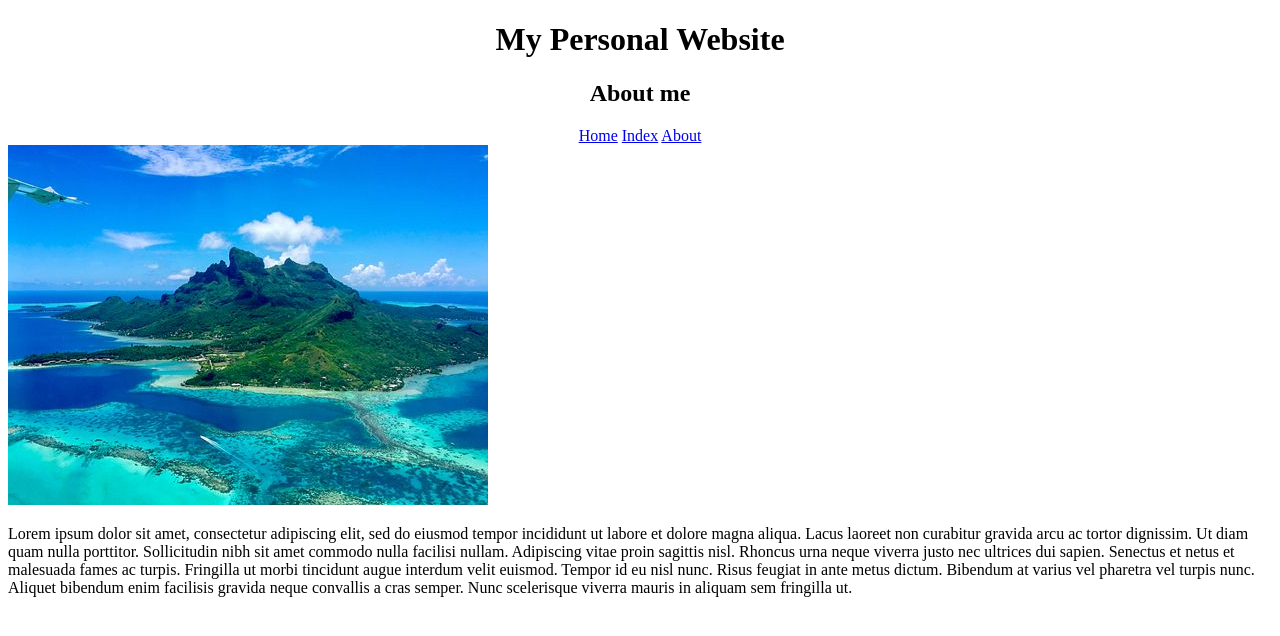
Repository: Melinda-Nanjad-Personal-Website/Personal-web
Page: about.html
An editor plug-in stored every save of this project. The page is shown before and after the next save, followed by the edit.
The browser window is 1280 px wide. The pictures show the whole page.

Above is the page before, as saved 2023-07-21 17:12:24.

### about.html
<!DOCTYPE html>
<html lang="en">
<head>
    <meta charset="UTF-8">
    <meta name="viewport" content="width=device-width, initial-scale=1.0">
    <title>Personal Website</title>
</head>
<header>
    <center>
        <h1>My Personal Website</h1>
        <h2>About me</h2>
    </center>
</header> <center>
<nav>
    <a class="active" href="/home.html">Home</a>
    <a class="active" href="/Index.html">Index</a>
    <a class="active" href="/about.html">About</a>

        </nav> </center>
<body>

 <img src="island.jpeg" href="photo of island"
 <br>

    <P>Lorem ipsum dolor sit amet, consectetur adipiscing elit, sed do eiusmod tempor incididunt ut labore et dolore magna aliqua. Lacus laoreet non curabitur gravida arcu ac tortor dignissim. Ut diam quam nulla porttitor. Sollicitudin nibh sit amet commodo nulla facilisi nullam. Adipiscing vitae proin sagittis nisl. Rhoncus urna neque viverra justo nec ultrices dui sapien. Senectus et netus et malesuada fames ac turpis. Fringilla ut morbi tincidunt augue interdum velit euismod. Tempor id eu nisl nunc. Risus feugiat in ante metus dictum. Bibendum at varius vel pharetra vel turpis nunc. Aliquet bibendum enim facilisis gravida neque convallis a cras semper. Nunc scelerisque viverra mauris in aliquam sem fringilla ut.</P>
</body>
</html>

After the next save:
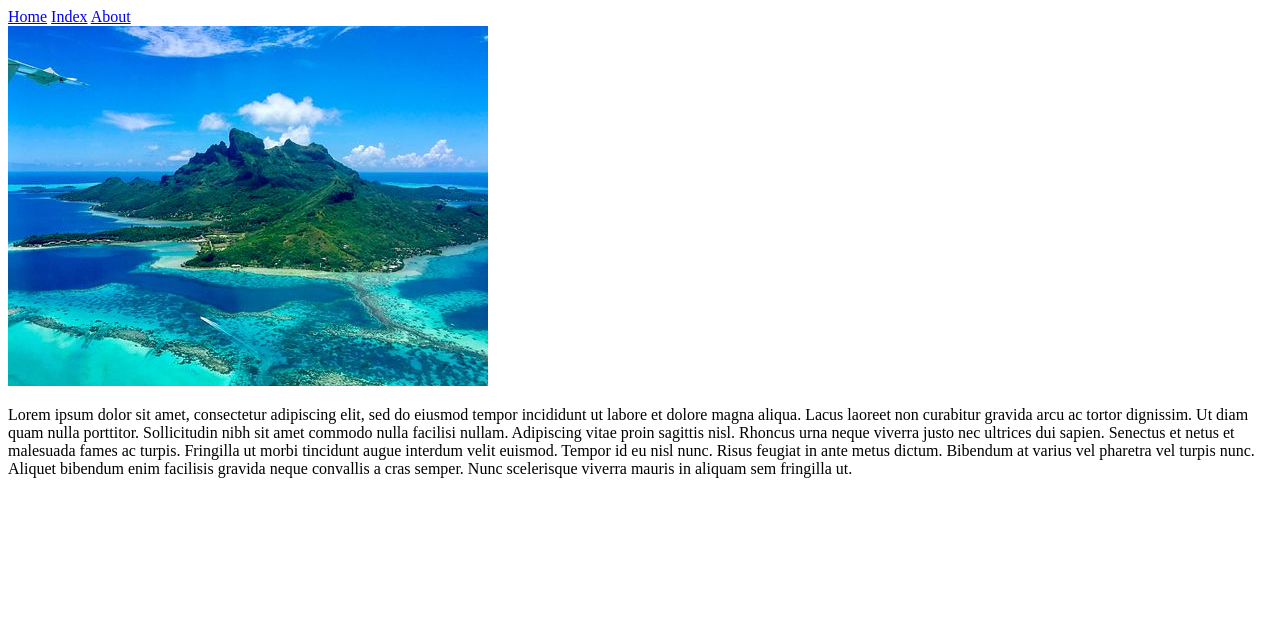
Saved 8 min 16 s later.
--- a/about.html
+++ b/about.html
@@ -5,12 +5,24 @@
     <meta name="viewport" content="width=device-width, initial-scale=1.0">
     <title>Personal Website</title>
 </head>
+<style>
+div {
+background-color:aqua;
+width: 450px;
+border:15px skyblue;
+padding: 50px;
+margin: 20px;
+}
+
 <header>
     <center>
         <h1>My Personal Website</h1>
         <h2>About me</h2>
     </center>
 </header> <center>
+
+
+   </style>
 <nav>
     <a class="active" href="/home.html">Home</a>
     <a class="active" href="/Index.html">Index</a>
